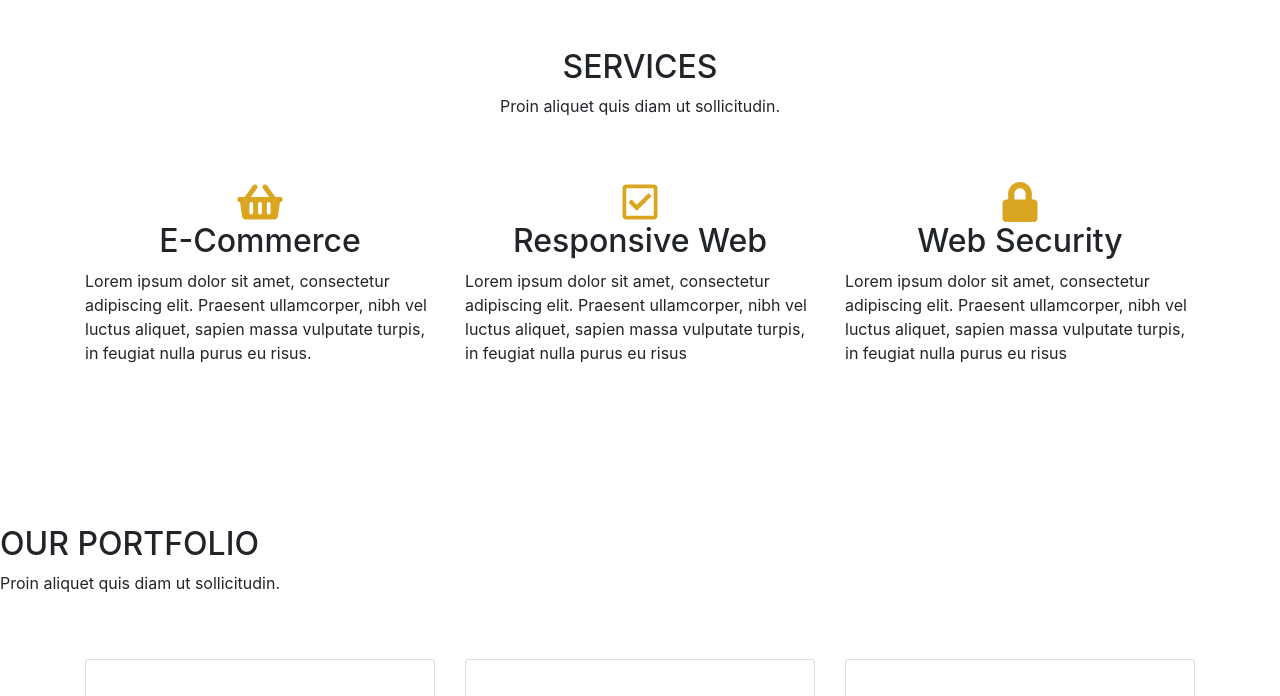
Repository: arek-adamik/golden-webpage
Page: index.html
An editor plug-in stored every save of this project. The page is shown before and after the next save, followed by the edit.
The browser window is 1280 px wide. The pictures show the part of the page from y = 630 to 1326 px (the page is 2328 px tall).
Pictures or frames that could not be fetched are drawn as grey boxes. Some web fonts or font styles are not loaded; a fallback is used. Some web libraries are served in a nearby version. The style sheet was rebuilt from its Sass, Less or Tailwind sources for each picture, by a compiler version that may differ from the author's.

Above is the page before, as saved 2021-05-04 15:58:22.

### index.html
<!DOCTYPE html>
<html lang="en">
  <head>
    <meta name="viewport" content="width=device-width, initial-scale=1.0">
    <meta charset="utf-8">
    <title>Golden - Official Site</title>
    <link rel="preconnect" href="https://fonts.gstatic.com">
    <link href="https://fonts.googleapis.com/css2?family=Krona+One&family=Molle:ital@1&family=Tinos&display=swap" rel="stylesheet">
    <link rel="stylesheet" href="https://use.fontawesome.com/releases/v5.5.0/css/all.css">
    <link rel="stylesheet" href="vendor/bootstrap-grid.css">
    <link rel="stylesheet" href="css/style.css">
    <link rel="stylesheet" href="https://stackpath.bootstrapcdn.com/bootstrap/4.5.1/css/bootstrap.min.css" integrity="sha384-VCmXjywReHh4PwowAiWNagnWcLhlEJLA5buUprzK8rxFgeH0kww/aWY76TfkUoSX" crossorigin="anonymous">
  </head>
  <body>
    <section class="page-head">
        <nav class="navigation">
            <p class="logo">GOLDEN</p>
                <ul>
                    <li><a href="#">HOME</a></li>
                    <li><a href="#">SERVICES</a></li>
                    <li><a href="#">PORTFOLIO</a></li>
                    <li><a href="#">ABOUT</a></li>
                    <li><a href="#">CONTACT</a></li>
                </ul>

        </nav>
        <header class="splash">
            <div class="splash-inner">
                <h2 class="page-subtitle">Welcome to our studio!</h2>
                <h1 class="page-title">IT'S NICE TO MEET YOU</h1>
                <a class="button" href="#">TELL ME MORE</a>
            </div>
      </header>
    </section>
    <section class="services py-5">
        <h2 class="section-subtitle">SERVICES</h2>
        <p class="services-text">Proin aliquet quis diam ut sollicitudin.</p>
        <div class="container">
            <div class="row py-5">
                <div class="col-md-4">
                    <i class="fas fa-shopping-basket"></i>
                    <h2 class="services-subbtitle">E-Commerce</h2>
                    <p>Lorem ipsum dolor sit amet, consectetur adipiscing elit. Praesent ullamcorper, nibh vel luctus aliquet, sapien massa vulputate turpis, in feugiat nulla purus eu risus.</p>
                </div>
                <div class="col-md-4">
                    <i class="far fa-check-square"></i>
                    <h2 class="services-subbtitle">Responsive Web</h2>
                    <p>Lorem ipsum dolor sit amet, consectetur adipiscing elit. Praesent ullamcorper, nibh vel luctus aliquet, sapien massa vulputate turpis, in feugiat nulla purus eu risus</p>
                </div>
                <div class="col-md-4">
                    <i class="fas fa-lock"></i>
                    <h2 class="services-subbtitle">Web Security</h2>
                    <p>Lorem ipsum dolor sit amet, consectetur adipiscing elit. Praesent ullamcorper, nibh vel luctus aliquet, sapien massa vulputate turpis, in feugiat nulla purus eu risus</p>
                </div>
        </div>
    </section>
    <section class="our-portfolio py-5">
        <h2 class="section-subtitle">OUR PORTFOLIO</h2>
        <p class="services-text">Proin aliquet quis diam ut sollicitudin.</p>
        <div class="container">
            <div class="row py-5">
                <div class="col-md-4">
                    <div class="card p-3 mb-3">
                        <div class="card-body">
                            <img src="https://images.pexels.com/photos/3910071/pexels-photo-3910071.jpeg?auto=compress&cs=tinysrgb&dpr=2&h=750&w=1260">
                            <h3 class="portfolio-subtitle">Ebony & Ivory</h3>
                            <p>Branding</p>
                        </div>
                    </div>
                </div>
                <div class="col-md-4">
                    <div class="card p-3 mb-3">
                        <div class="card-body">
                            <img src="https://images.pexels.com/photos/1827548/pexels-photo-1827548.jpeg?auto=compress&cs=tinysrgb&dpr=2&h=750&w=1260">
                            <h3 class="portfolio-subtitle">Clever Poster</h3>
                            <p>Print design</p>
                        </div>
                    </div>
                </div>
                <div class="col-md-4">
                    <div class="card p-3 mb-3">
                        <div class="card-body">
                            <img src="https://images.pexels.com/photos/6224/hands-people-woman-working.jpg?auto=compress&cs=tinysrgb&dpr=2&h=750&w=1260">
                            <h3 class="portfolio-subtitle">Smart Stationary</h3>
                            <p>Print Design</p>
                        </div>
                    </div>
                </div>
                <div class="col-md-4">
                    <div class="card p-3 mb-3">
                        <div class="card-body">
                            <img src="https://images.pexels.com/photos/965989/pexels-photo-965989.jpeg?auto=compress&cs=tinysrgb&dpr=2&h=750&w=1260">
                            <h3 class="portfolio-subtitle">Branding</h3>
                            <p>Branding</p>
                        </div>
                    </div>
                </div>
                <div class="col-md-4">
                    <div class="card p-3 mb-3">
                        <div class="card-body">
                            <img src="https://images.pexels.com/photos/160107/pexels-photo-160107.jpeg?auto=compress&cs=tinysrgb&dpr=2&h=750&w=1260">
                            <h3 class="portfolio-subtitle">Web design</h3>
                            <p>Web design</p>
                        </div>
                    </div>
                </div>
                <div class="col-md-4">
                    <div class="card p-3 mb-3">
                        <div class="card-body">
                            <img src="https://images.pexels.com/photos/1961792/pexels-photo-1961792.jpeg?auto=compress&cs=tinysrgb&dpr=2&h=750&w=1260">
                            <h3 class="portfolio-subtitle">Brand creation</h3>
                            <p>Branding</p>
                        </div>
                    </div>
                </div>
            </div>
        </div>




    </section>
  </body>
  </html>

### sass/style.scss
/* Variabbles */
$font-header: 'Krona One', sans-serif;
$font-logo: 'Molle', cursive;
$font-text: 'Tinos', serif;
/* Global */
body {
    margin: 0;
    font-size: 16px;
    line-height: 1.7;
    font-family: $font-text;
}
.container {
    max-width: 1140px;
    padding: 0 20px 0 20px;
    display: flex;
	justify-content: center;
	align-items: center;
	margin: auto;
}
/* Main section */
.page-head{
    background-image: url(https://images.pexels.com/photos/174524/pexels-photo-174524.jpeg?auto=compress&cs=tinysrgb&dpr=2&h=750&w=1260);
}

/* Navigation */
.navigation {
    padding: 12px 0 12px 0;
        ul {
            padding: 0;
            margin: 0;
            list-style-type: none;
            text-align: right;
        }

        }
        .logo {
            text-align: left;
            padding-top: 20px;
            margin-left: 40px;
            font-family: $font-logo;
            color: rgb(2, 2, 1);
            text-shadow: goldenrod;
            font-size: 30px;
        }
        li {
            display: inline-block;
            margin-right: 36px;
            position: relative;

        }
        a {
            color: rgb(0, 0, 0);
            font-family: $font-header;
        }
/* Splash */
.splash {
    min-height: 500px;
    display: flex;
        .page-title {
            margin: 0;
            font-size: 72px;
            font-weight: 700;
            line-height: 1.2;
            font-family: $font-header;
            text-align: center;
        }
        .page-subtitle {
            margin: 24px 0;
            font-weight: 400;
            font-size: 16px;
            font-family: $font-header;
            text-align: center;
        }
}
.splash-inner {
    margin: auto;
    max-width: 70%;
}
.button {
    display: block;
    margin: 0 auto;
    position: relative;
    padding: 20px 25px;
    font-size: 24px;
    cursor: pointer;
    text-align: center;
    text-decoration: none;
    outline: none;
    color: #fff;
    background-color: #070807;
    border: none;
    border-radius: 15px;
    width: 250px;
  }
  .button:hover {
      background-color: rgb(69, 70, 32)
    }
  .button:active {
    background-color: rgb(69, 70, 32);
    box-shadow: 0 5px #666;
    transform: translateY(4px);
    text-decoration: none;
  }
  /* Services */
  .services{
  .section-subtitle, .services-text{
      text-align: center;
  }
  i {
        font-size: 40px;
        color:goldenrod;
        display: flex;
        justify-content: center;
  }
}
.col-md-4 {
    h2 {
        text-align: center;
    }
}
 /* Portfolio */
.card-body {
    img {
        width: 100%;
        height: 300px;
        object-fit: cover;
    }
}

Loaded but not shown: vendor/bootstrap-grid.css (library)

After the next save:
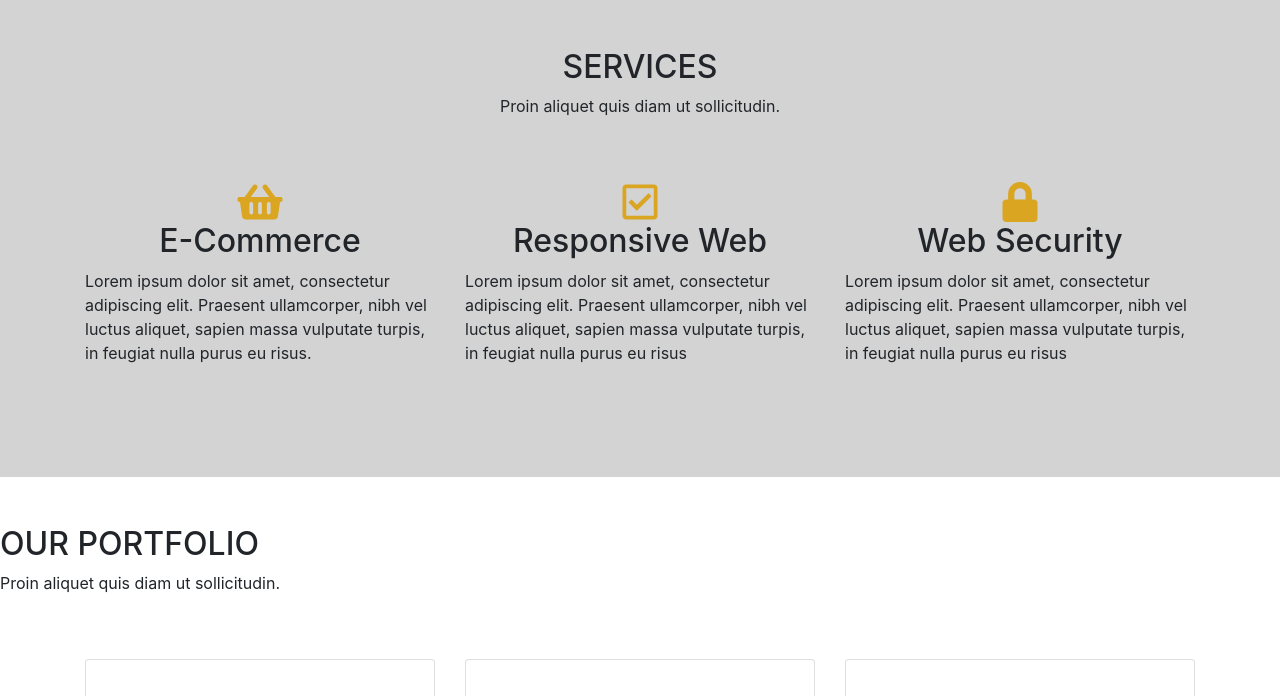
Saved 99 s later.
--- a/sass/style.scss
+++ b/sass/style.scss
@@ -119,6 +119,9 @@ body {
     }
 }
  /* Portfolio */
+.services {
+    background-color: lightgray;
+}
 .card-body {
     img {
         width: 100%;
